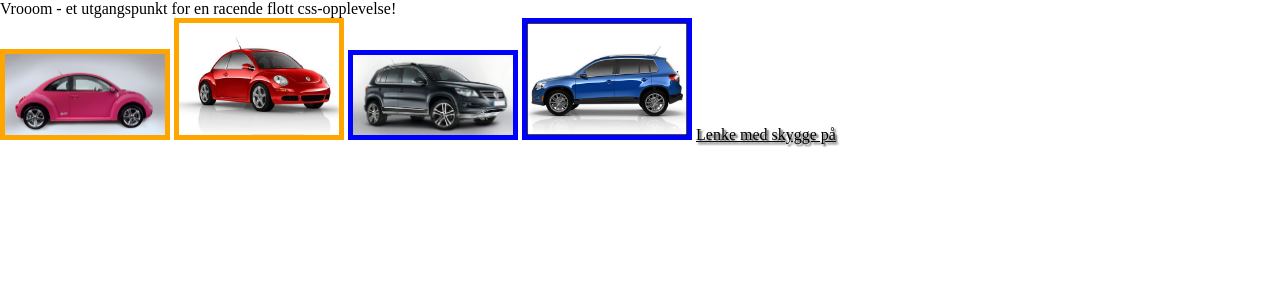
Repository: mesan/css-kurs
Page: kode/wroom/index.html
These files come from the project's save history. The page is drawn as it stood at one moment and after the next save; the edit follows.
The browser window is 1280 px wide. The pictures show the whole page.

Above is the page before, as saved 2013-01-17 11:28:16.

### kode/wroom/index.html
<!DOCTYPE html>
<html lang="en">
	<head>
		<meta charset="utf-8" />
		<link rel="stylesheet" type="text/css" href="styles/reset.css"/>
		<link rel="stylesheet" type="text/css" href="styles/examples.css"/>

		<!-- Always force latest IE rendering engine (even in intranet) & Chrome Frame
		Remove this if you use the .htaccess -->
		<meta http-equiv="X-UA-Compatible" content="IE=edge,chrome=1" />

		<title>Vrooom!</title>
		<meta name="description" content="" />
		<meta name="viewport" content="width=device-width; initial-scale=1.0" />

	</head>

	<body>
		<div>
			<header>
				<h1>Vrooom - et utgangspunkt for en racende flott css-opplevelse!</h1>
			</header>

			<div>
				<!--fjernes-->
				<img src="images/volkswagen-beetle-pink.jpg" />
				<img src="images/volkswagen-beetle-red.jpg" />
				<img src="images/volkswagen-tiguan-nero.jpg" />
				<img src="images/volkswagen-tiguan.jpg" />

				<a href="#">Lenke med skygge på</a>
			</div>

			<footer>
				<p>

				</p>
			</footer>
		</div>
	</body>
</html>

### kode/wroom/styles/reset.css
@charset "utf-8";
/* --------------------------------------------------------------
-----------------------------------------------------------------

	DEFINITIONS: HTML5 DOCTOR
	AUTHOR:      HTML5 DOCTOR
	VERSION:     2012-02-20

/*  RESET
-----------------------------------------------------------------------------------------------
===============================================================================================*/
/* http://meyerweb.com/eric/tools/css/reset/ */
html,body,div,span,applet,object,iframe,h1,h2,h3,h4,h5,h6,p,blockquote,pre,a,abbr,acronym,address,big,cite,code,del,dfn,em,img,ins,kbd,q,s,samp,small,strike,strong,sub,sup,tt,var,b,u,i,center,dl,dt,dd,ol,ul,li,fieldset,form,label,legend,table,caption,tbody,tfoot,thead,tr,th,td,article,aside,canvas,details,figcaption,figure,footer,header,hgroup,menu,nav,section,summary,time,mark,audio,video{
  margin:0;
  padding:0;
  border:0;
  outline:0;
  font-size:100%;
  font:inherit;
  vertical-align:baseline;
}
/* HTML5 display-role reset for older browsers */
article,aside,details,figcaption,figure,footer,header,hgroup,menu,nav,section{
  display:block;
}
nav ul{
  list-style:none;
}
table{
  border-collapse:collapse;
  border-spacing:0;
}

### kode/wroom/styles/examples.css
/***************
 * CSS3-selectors
 ***************/

/*Velger alle img-elementer på siden hvis src-atributt starter med "images"*/
img[src^="images"]{
	border: 5px solid orange;
}

/*Velger alle img-elementer på siden hvis src-atributt inneholder "tiguan"*/
img[src*="tiguan"]{
    border: 5px solid blue;
}

/*Velger alle img-elementer på siden hvis src-atributt slutter på ".jpg" */
img[src$=".jpg"]{
    width: 10em;
}

/*Velger alle a-elementer på siden hvis href-atributt inneholder  "#" */
/* text-shadow med verdiene i rekkefølgen:
 ** horisontal plassering (kan være negativ)
 ** vertikal plassering (kan være negativ)
 ** blur (valgfri)
 ** farge */
a[href*="#"]{
    color: black;
    text-shadow: 2px 2px 2px #2F2F2F;
}

After the next save:
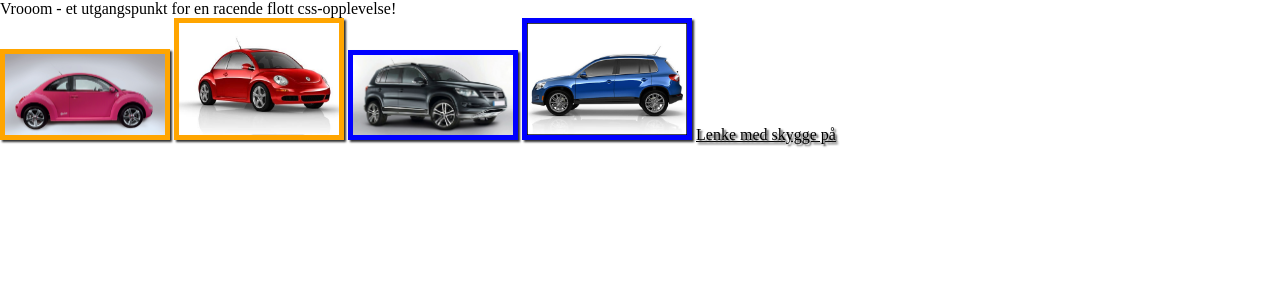
Saved 15 s later.
--- a/kode/wroom/styles/examples.css
+++ b/kode/wroom/styles/examples.css
@@ -15,6 +15,8 @@ img[src*="tiguan"]{
 /*Velger alle img-elementer på siden hvis src-atributt slutter på ".jpg" */
 img[src$=".jpg"]{
     width: 10em;
+
+    box-shadow: 2px 2px 2px #2F2F2F;
 }
 
 /*Velger alle a-elementer på siden hvis href-atributt inneholder  "#" */
